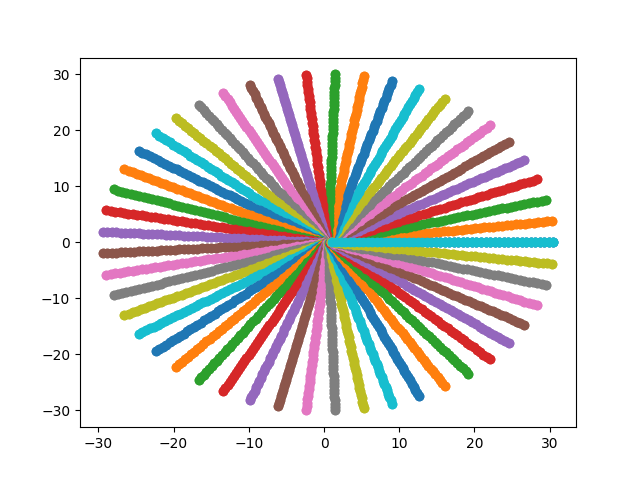
Repository: leiradom/CFDhomework
Script's output: python Laplaceequation/Meshgeneration.py
The author's editor kept a copy of each file at every save. The script's output is drawn from the files as they stood at one save, then again after the next save.
Random numbers start from a fixed seed.

Above is the script's output before, as saved 2021-04-07 14:13:17.

### Laplaceequation/Meshgeneration.py
import math
import numpy as np
import matplotlib.pyplot as plt


# n1 = int(input("请输入翼型表面离散点数"))
# n2 = int(input("请输入近场到远场离散点数"))
#NACA0012表面坐标
#y1 = 0.6 * (-0.1015 * x**4 + 0.2843 * x**3 - 0.3576 * x**2 - 0.1221 * x + 0.2969 * x ** 0.5)
#y2 = -0.6 * (-0.1015 * x**4 + 0.2843 * x**3 - 0.3576 * x**2 - 0.1221 * x + 0.2969 * x ** 0.5)

#沿x轴等间距变化翼型表面,这样不好
'''
for i in range (0,101):
    x = 0.01 *  i
    y1 = 0.6 * (-0.1015 * x**4 + 0.2843 * x**3 - 0.3576 * x**2 - 0.1221 * x + 0.2969 * x ** 0.5)
    y2 = -0.6 * (-0.1015 * x**4 + 0.2843 * x**3 - 0.3576 * x**2 - 0.1221 * x + 0.2969 * x ** 0.5)
    X[i] = x
    Y1[i] = y1
    Y2[i] = y2
plt.plot(X,Y1,'-o')
plt.plot(X,Y2,'-o')
plt.show()
'''

#print(math.cos(60/57.3))  #测试python中使用的是弧度制

n1 = 50  #绕翼型一周的点数
n2 = 50  #从壁面到远场的离散点数

#这里用linspace
Theta = np.linspace(0,2*math.pi,num = n1)
X0 = np.ones(n1)
Y0 = np.ones(n1)
X1 = np.ones(n1)
Y1 = np.ones(n1)
X = np.ones([n1,n2])
Y = np.ones([n1,n2])

for i in range(0,n1):
    X0[i] = 0.5 * (1 + math.cos(Theta[i]))
    if(Theta[i]<math.pi):
        y = 0.6 * (-0.1015 * X0[i]**4 + 0.2843 * X0[i]**3 - 0.3576 * X0[i]**2 - 0.1221 * X0[i] + 0.2969 * X0[i] ** 0.5)
    else:
        y = -0.6 * (-0.1015 * X0[i]**4 + 0.2843 * X0[i]**3 - 0.3576 * X0[i]**2 - 0.1221 * X0[i] + 0.2969 * X0[i] ** 0.5)
    Y0[i] = y
    X1[i] = 30 * math.cos(Theta[i]) + 0.5
    Y1[i] = 30 * math.sin(Theta[i])
    print(X0[i],Y0[i])
    for j in range(0,n2):
        dx = (X1[i] - X0[i]) / (n2 - 1)
        dy = (Y1[i] - Y0[i]) / (n2 - 1)
        X[i][j] = X0[i] + j * dx
        Y[i][j] = Y0[i] + j * dy

for i in range(0,n1):
    plt.plot(X[i][:],Y[i][:],'-o')
for j in range(0,n2):
    plt.plot(X[:][j],Y[:][j],'-o')

plt.show()



'''
# 共用一个show()即可
plt.plot(X0,Y0,'-o')
plt.plot(X1,Y1,'-o')
plt.axis('square')
plt.show()



#解Laplace方程
dcy = 1     #求解域的横坐标离散
dyt = 1     #求解域的纵坐标离散

alpha = 000
beta  = 000
gama  = 000


X[i][j] =

Y[i][j] =

'''

After the next save:
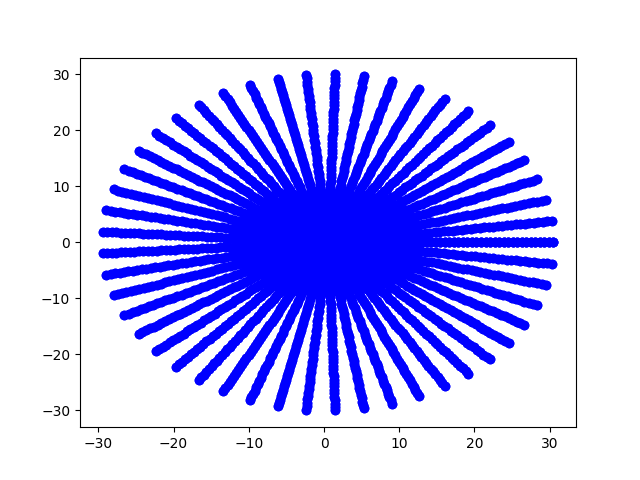
Saved 3 min 55 s later.
--- a/Laplaceequation/Meshgeneration.py
+++ b/Laplaceequation/Meshgeneration.py
@@ -54,9 +54,9 @@ for i in range(0,n1):
         Y[i][j] = Y0[i] + j * dy
 
 for i in range(0,n1):
-    plt.plot(X[i][:],Y[i][:],'-o')
+    plt.plot(X[i][:],Y[i][:],'-o',c='b')
 for j in range(0,n2):
-    plt.plot(X[:][j],Y[:][j],'-o')
+    plt.plot(X[:][j],Y[:][j],'-o',c='b')
 
 plt.show()
 
